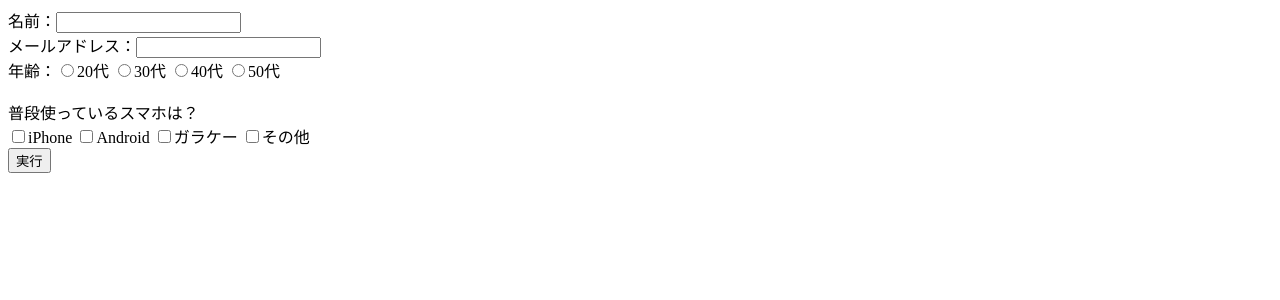
Repository: myojosamurai/Samurai_JS-
Page: javascript1/index9-6.html
The author's editor kept a record of every edit. The page is drawn from the files as they stood at one moment, then again after the next edit.
The browser window is 1280 px wide. The pictures show the whole page.

Above is the page before.

### javascript1/index9-6.html
<!DOCTYPE html>
<html lang="ja">
  <head>
    <meta charset="utf-8">
    <title>9.6 演習問題</title>
  </head>
<body>
  <form name="myForm">
    <label>名前：<input type="text" name="myName"></label><br>
    メールアドレス：<input type="text" name="myEmail">
    <br>
     <label>年齢：<input type="radio" name="age" value="20代" />20代
    <input type="radio" name="age" value="30代" />30代
    <input type="radio" name="age" value="40代" />40代
    <input type="radio" name="age" value="50代" />50代<br></label>
    <br>
    普段使っているスマホは？<br>
    <input type="checkbox" name="mobile" value="iPhone" />iPhone
    <input type="checkbox" name="mobile" value="Android" />Android
    <input type="checkbox" name="mobile" value="ガラケー" />ガラケー
    <input type="checkbox" name="mobile" value="その他" />その他
  </form>
  <button id="btn">実行</button>
  <script>
    const btn = document.getElementById('btn');
    btn.addEventListener('click', () => {
      const form = document.forms.myForm;
      console.log(form.myName.value);
      console.log(form.myEmail.value);
      console.log(form.age.value);
      form.mobile.forEach(item => {
        if(item.checked) console.log(item.value);
      })

    });
  </script>
</body>
</html>

After the next edit:
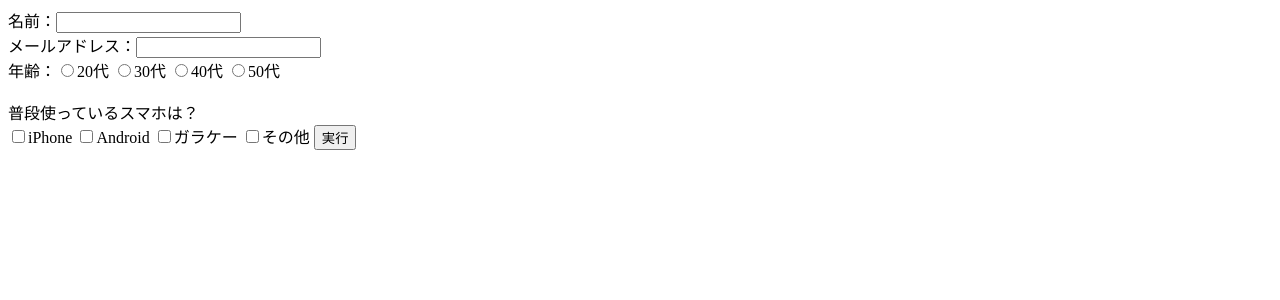
The edit:
--- a/javascript1/index9-6.html
+++ b/javascript1/index9-6.html
@@ -14,7 +14,7 @@
     <input type="radio" name="age" value="40代" />40代
     <input type="radio" name="age" value="50代" />50代<br></label>
     <br>
-    普段使っているスマホは？<br>
+    <label>普段使っているスマホは？<br>
     <input type="checkbox" name="mobile" value="iPhone" />iPhone
     <input type="checkbox" name="mobile" value="Android" />Android
     <input type="checkbox" name="mobile" value="ガラケー" />ガラケー

After the 2 edits that followed:
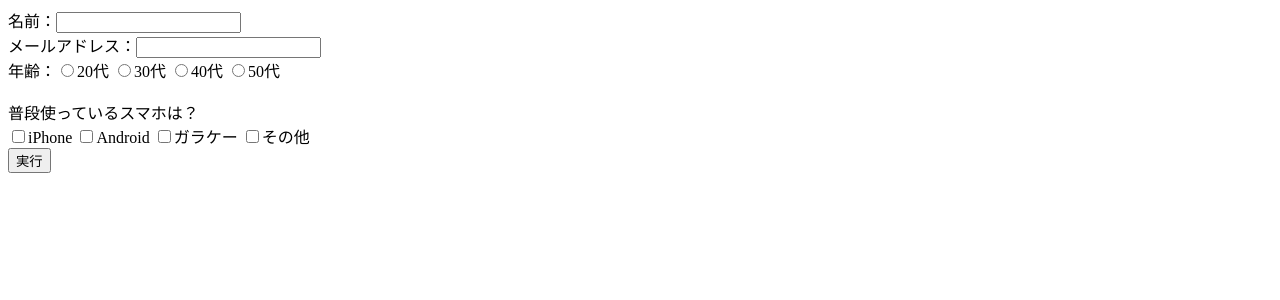
The 2 edits are shown as one change because 1 left the picture as it was.
The edit:
--- a/javascript1/index9-6.html
+++ b/javascript1/index9-6.html
@@ -12,13 +12,14 @@
      <label>年齢：<input type="radio" name="age" value="20代" />20代
     <input type="radio" name="age" value="30代" />30代
     <input type="radio" name="age" value="40代" />40代
-    <input type="radio" name="age" value="50代" />50代<br></label>
+    <input type="radio" name="age" value="50代" />50代</label>
+    <br>
     <br>
     <label>普段使っているスマホは？<br>
     <input type="checkbox" name="mobile" value="iPhone" />iPhone
     <input type="checkbox" name="mobile" value="Android" />Android
     <input type="checkbox" name="mobile" value="ガラケー" />ガラケー
-    <input type="checkbox" name="mobile" value="その他" />その他
+    <input type="checkbox" name="mobile" value="その他" />その他</label>
   </form>
   <button id="btn">実行</button>
   <script>
